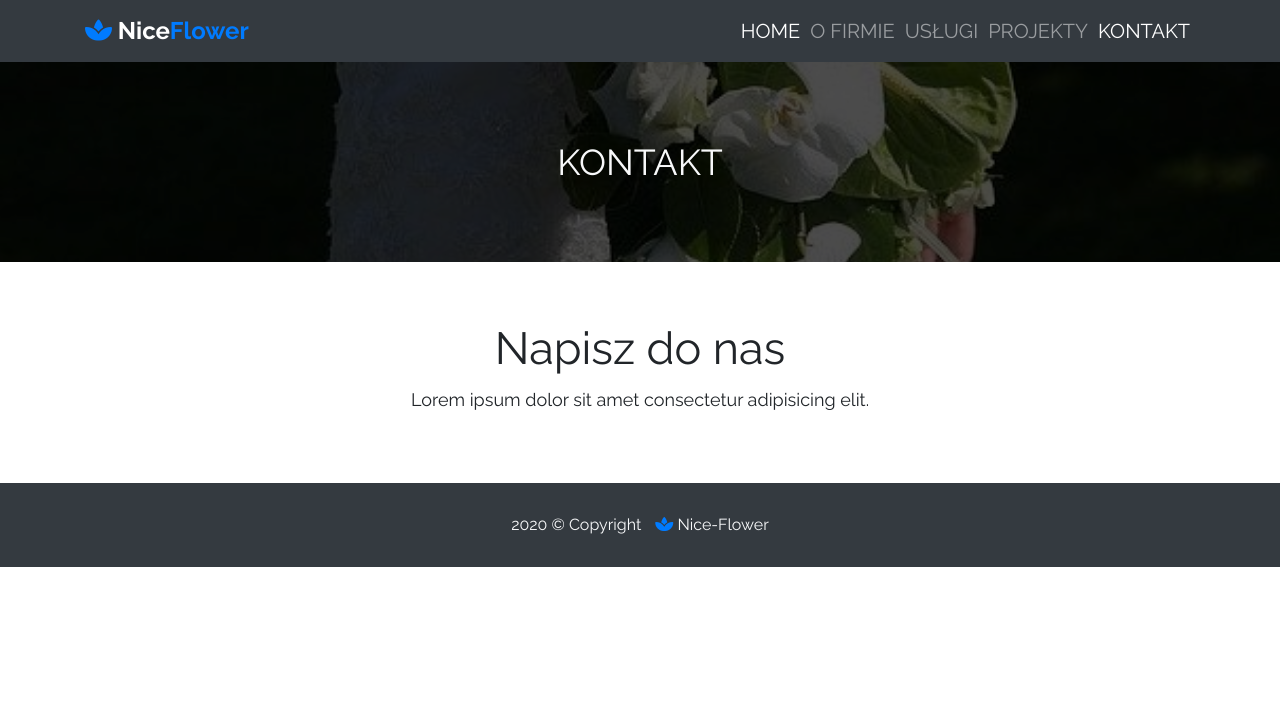
Repository: KrzysKolo/Projekt-13_Kwiaciarnia
Page: contact.html
The author's editor kept a copy of each file at every save. The page is drawn from the files as they stood at one save, then again after the next save.
The browser window is 1280 px wide. The pictures show the whole page.
Some web libraries are served in a nearby version.

Above is the page before, as saved 2020-08-11 12:52:02.

### contact.html
<!DOCTYPE html>
<html lang="pl">
  <head>
    <meta charset="UTF-8" />
    <meta name="viewport" content="width=device-width, initial-scale=1.0" />
    <title>Nice-Flower</title>
    <script
      src="https://kit.fontawesome.com/21efeaf281.js"
      crossorigin="anonymous"
    ></script>

    <link
      rel="stylesheet"
      href="https://stackpath.bootstrapcdn.com/bootstrap/4.5.0/css/bootstrap.min.css"
      integrity="sha384-9aIt2nRpC12Uk9gS9baDl411NQApFmC26EwAOH8WgZl5MYYxFfc+NcPb1dKGj7Sk"
      crossorigin="anonymous"
    />
    <link
      href="https://fonts.googleapis.com/css2?family=Raleway:wght@400;700&display=swap"
      rel="stylesheet"
    />
    <link rel="stylesheet" href="style.css" />
  </head>
  <body>
    <nav class="navbar navbar-expand-lg navbar-dark bg-dark py-3">
      <div class="container">
        <a class="navbar-brand" href="index.html"
          ><i class="fas fa-spa text-primary"></i> Nice<span
            class="text-primary"
            >Flower</span
          ></a
        >
        <button
          class="navbar-toggler border-0"
          type="button"
          data-toggle="collapse"
          data-target="#navbarNavAltMarkup"
          aria-controls="navbarNavAltMarkup"
          aria-expanded="false"
          aria-label="Toggle navigation"
        >
          <i class="fas fa-bars px-4"></i>
        </button>
        <div class="collapse navbar-collapse" id="navbarNavAltMarkup">
          <div class="navbar-nav ml-auto">
            <a class="nav-link active" href="index.html">Home </a>
            <a class="nav-link" href="abouteus.html">O firmie</a>
            <a class="nav-link" href="services.html"> Usługi</a>
            <a class="nav-link" href="projects.html">Projekty</a>
            <a class="nav-link active" href="#"
              ><span class="sr-only">(current)</span>Kontakt</a
            >
          </div>
        </div>
      </div>
    </nav>

    <!-- MAIN -->
    <main>
      <section class="top-hero contact-hero">
        <div class="hero-shadow"></div>
        <p class="top-hero-text text-light">Kontakt</p>
      </section>
      <section class="contact py-5">
        <div class="container">
          <div class="text-center py-5">
            <p class="display-3">Napisz do nas</p>
            <p class="additional-text">
              Lorem ipsum dolor sit amet consectetur adipisicing elit.
            </p>
          </div>
        </div>
      </section>
    </main>
    <footer class="bg-dark text-light">
      <p class="py-5 px-3 mb-0 text-center">
        2020 &copy; Copyright
        <i class="ml-3 fas fa-spa text-primary"></i> Nice-Flower
      </p>
    </footer>
    <script
      src="https://code.jquery.com/jquery-3.5.1.slim.min.js"
      integrity="sha384-DfXdz2htPH0lsSSs5nCTpuj/zy4C+OGpamoFVy38MVBnE+IbbVYUew+OrCXaRkfj"
      crossorigin="anonymous"
    ></script>
    <script
      src="https://cdn.jsdelivr.net/npm/popper.js@1.16.0/dist/umd/popper.min.js"
      integrity="sha384-Q6E9RHvbIyZFJoft+2mJbHaEWldlvI9IOYy5n3zV9zzTtmI3UksdQRVvoxMfooAo"
      crossorigin="anonymous"
    ></script>
    <script
      src="https://stackpath.bootstrapcdn.com/bootstrap/4.5.0/js/bootstrap.min.js"
      integrity="sha384-OgVRvuATP1z7JjHLkuOU7Xw704+h835Lr+6QL9UvYjZE3Ipu6Tp75j7Bh/kR0JKI"
      crossorigin="anonymous"
    ></script>
  </body>
</html>

### style.css
* {
  box-sizing: border-box;
  margin: 0;
  padding: 0;
}
html {
  font-size: 62.5%;
}
body {
  font-family: "Raleway", sans-serif;
  font-size: 1.6rem;
}
.hero-shadow {
  position: absolute;
  top: 0;
  width: 100%;
  height: 100%;
  background-color: rgba(0, 0, 0, 0.7);
  z-index: -1;
}
.additional-text {
  font-size: 1.8rem;
}
.top-hero {
  position: relative;
  height: 20rem;
  background-size: cover;
  z-index: 0;
}
.top-hero-text {
  display: flex;
  justify-content: center;
  align-items: center;
  height: 100%;
  font-size: 3.6rem;
  text-transform: uppercase;
}
/* ----------- */
/*  nawigacja  */
/* ----------- */
nav {
  font-size: 2rem;
  text-transform: uppercase;
}
.navbar-toggler {
  font-size: 3rem;
}
.navbar-brand {
  font-size: 2.4rem;
  font-weight: bold;
  text-transform: none;
}
/* ----------- */
/*    header   */
/* ----------- */
header {
  font-size: 2rem;
}
.carousel-item {
  position: relative;
  height: 400px;
  background-position: center;
  background-size: cover;
  z-index: 0;
}
.carousel-img-one {
  background-image: url("./img/b1m.jpg");
}
.carousel-img-two {
  background-image: url("./img/b2m.jpg");
}
.carousel-img-three {
  background-image: url("./img/b4m.jpg");
}
/* ----------- */
/*     main    */
/* ----------- */
.home-boxes {
  padding: 5rem 0;
}
.home-box i {
  font-size: 4rem;
}
.home-box h3 {
  font-size: 2.6rem;
}
/* ----------- */
.home-passion {
  position: relative;
  height: 350px;
  background-image: url("./img/b8m.jpg");
  background-position: center;
  background-size: cover;
  z-index: 0;
}
/* ----------- */
.home-brand h3 {
  font-size: 3rem;
  font-weight: bold;
}
/* ----------- */
/*   aboutus   */
/* ----------- */
.aboutus-hero {
  background-image: url("./img/obrazek1.jpg");
  background-position: bottom;
}
/* ----------- */
.aboutus-top .display-3 {
  text-transform: uppercase;
}
/* ----------- */
.aboutus-info {
  background-color: rgba(0, 0, 0, 0.3);
}
.aboutus-info .container {
  padding: 2em 0.5em;
}
.aboutus-text {
  padding: 1.8rem;
}
.aboutus-text h3 {
  margin-bottom: 0.5em;
  font-size: 2.6rem;
  text-transform: uppercase;
  font-weight: bold;
  text-decoration: underline #007bff;
}
.abouts-text-right {
  text-align: right;
}
.aboutus-img {
  height: 300px;
  background-image: url("./img/b5m.jpg");
  background-position: center;
  background-size: cover;
}
/* ----------- */
.aboutus-bottom i {
  font-size: 3rem;
}
.aboutus-bottom h3 {
  font-size: 2.2rem;
  font-weight: bold;
}
/* ----------- */
/*    usługi   */
/* ----------- */
.service-hero {
  background-image: url("./img/pm.jpg");
  background-position: 0 50%;
}
/* ----------- */
.service-hero-box {
  position: relative;
  height: 300px;
  background-size: cover;
  z-index: 0;
}
.service-hero-box p {
  display: flex;
  justify-content: center;
  align-items: center;
  font-size: 3rem;
  text-transform: uppercase;
}
.service-pricing .box-one {
  background-image: url("./img/b2m.jpg");
}
.service-pricing .box-two {
  background-image: url("./img/bsm.jpg");
}
.service-pricing .box-three {
  background-image: url("./img/wm.jpg");
}
.service-pricing .box-four {
  background-image: url("./img/rdm.jpg");
}
.service-pricing .card-header {
  font-size: 2rem;
  cursor: pointer;
}
.service-pricing h3 {
  font-weight: bold;
}
.service-pricing .btn {
  font-size: 1.6rem;
  text-transform: uppercase;
}
/* ----------- */
/*   projekty  */
/* ----------- */
.projects-hero {
  background-image: url("./img/b3m.jpg");
  background-position: center;
}
.projects img {
  height: 240px;
  object-fit: cover;
}
.projects .btn {
  font-size: 1.4rem;
  text-transform: uppercase;
}
/* ----------- */
/*    kontakt  */
/* ----------- */
.contact-hero {
  background-image: url("./img/obrazek2.jpg");
  background-position: center;
}
/* ----------- */
/*    footer   */
/* ----------- */
footer {
  font-size: 1.6rem;
}
@media (min-width: 992px) {
  .aboutus-info .container {
    padding: 0;
  }
  .aboutus-shadow {
    box-shadow: inset 0 5px 10px -5px rgba(0, 0, 0, 0.4);
  }
  .aboutus-text {
    padding: 5em 0;
    transform: skew(-15deg);
  }
  .abouts-text-left {
    padding-right: 2em;
    text-align: right;
  }
  .abouts-text-right {
    padding-left: 2em;
    text-align: left;
  }
  .aboutus-img {
    height: auto;
    transform: skew(-15deg);
  }
}
@media (min-width: 1400px) {
  .carousel-item {
    height: 600px;
  }
  .carousel-img-one {
    background-image: url("./img/b1.jpg");
  }
  .carousel-img-two {
    background-image: url("./img/b2.jpg");
  }
  .carousel-img-three {
    background-image: url("./img/b4.jpg");
  }
}

After the next save:
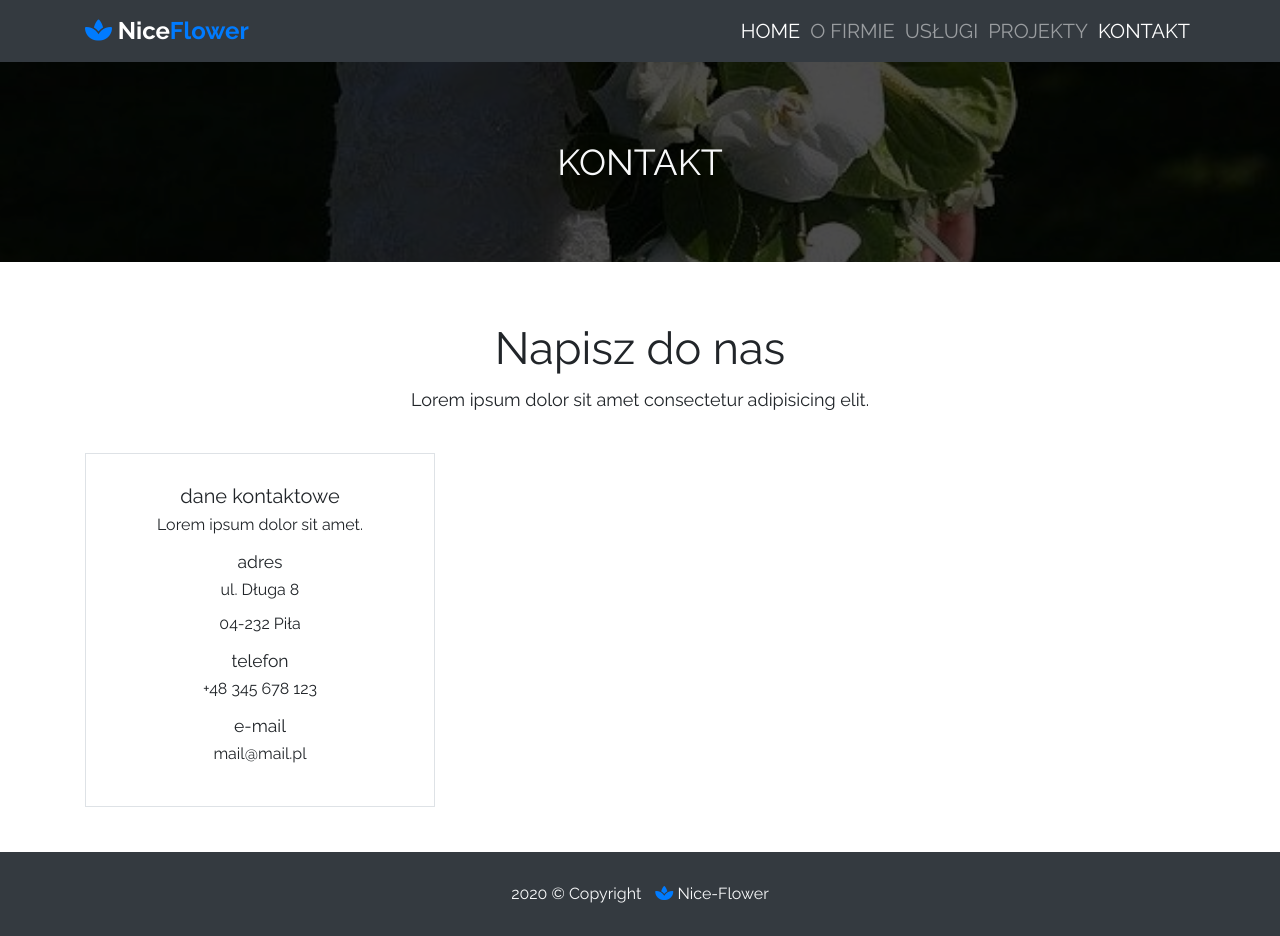
Saved 9 min 11 s later.
--- a/contact.html
+++ b/contact.html
@@ -69,6 +69,23 @@
               Lorem ipsum dolor sit amet consectetur adipisicing elit.
             </p>
           </div>
+
+          <div class="row">
+            <div class="col-md-5 col-lg-4">
+              <div class="border p-5 mb-4 text-center">
+                <h2>dane kontaktowe</h2>
+                <p>Lorem ipsum dolor sit amet.</p>
+                <h3 class="mt-4">adres</h3>
+                <p>ul. Długa 8</p>
+                <p>04-232 Piła</p>
+                <h3 class="mt-4">telefon</h3>
+                <p>+48 345 678 123</p>
+                <h3 class="mt-4">e-mail</h3>
+                <p>mail@mail.pl</p>
+              </div>
+            </div>
+            <div class="col-md-7 col-lg-8"></div>
+          </div>
         </div>
       </section>
     </main>
